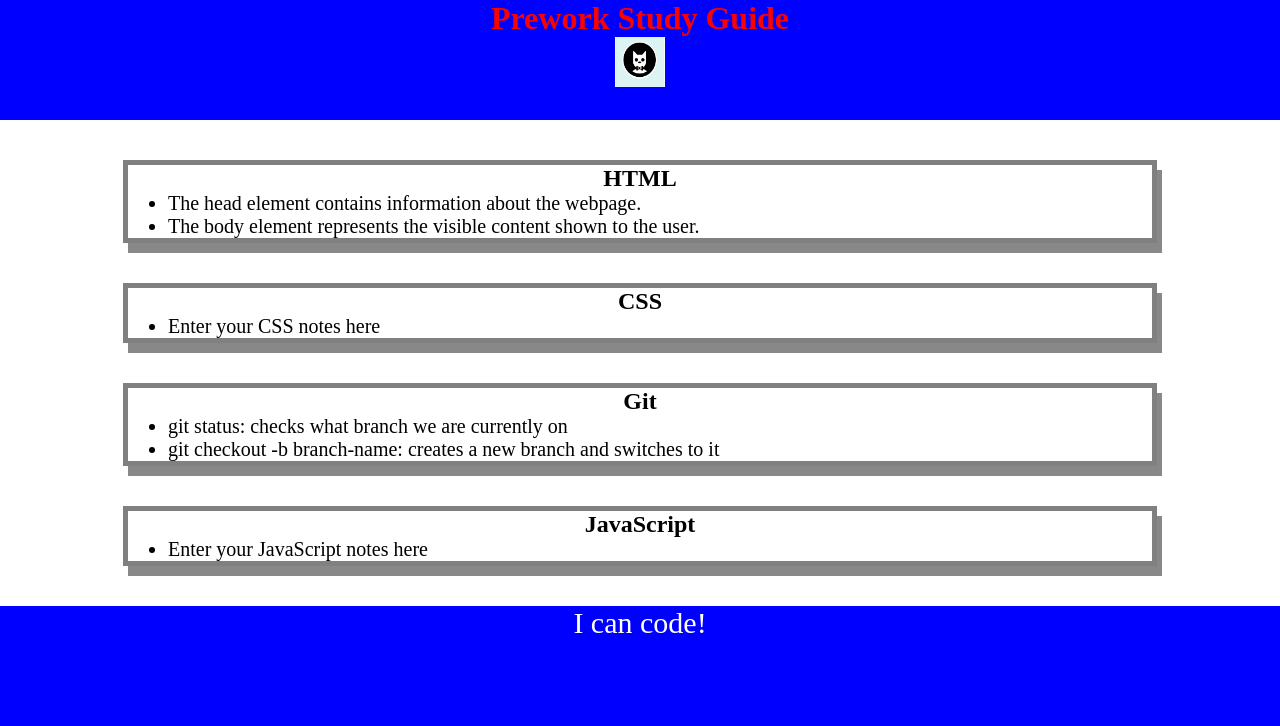
Repository: OKJay50/prework-study-guide
Page: index.html
An editor plug-in stored every save of this project. The page is shown before and after the next save, followed by the edit.
The browser window is 1280 px wide. The pictures show the whole page.

Above is the page before, as saved 2023-04-27 22:23:16.

After the next save:
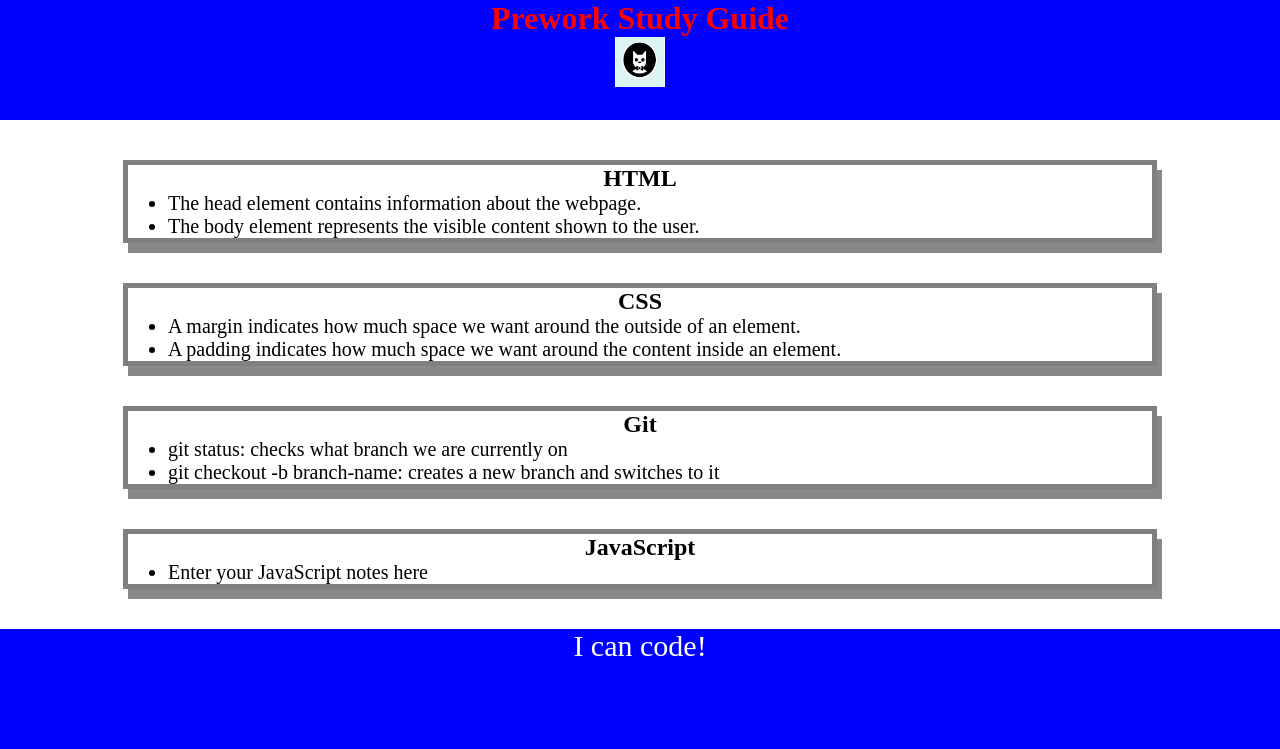
Saved 59 s later.
--- a/index.html
+++ b/index.html
@@ -33,8 +33,9 @@
             <section class="card" id="css-section">
                 <h2>CSS</h2>
                 <ul>
-                  <li>Enter your CSS notes here</li>
-                </ul>
+                    <li>A margin indicates how much space we want around the outside of an element.</li>
+                    <li>A padding indicates how much space we want around the content inside an element.</li>
+                  </ul>
             </section>
 
             <section class="card" id="git-section">
